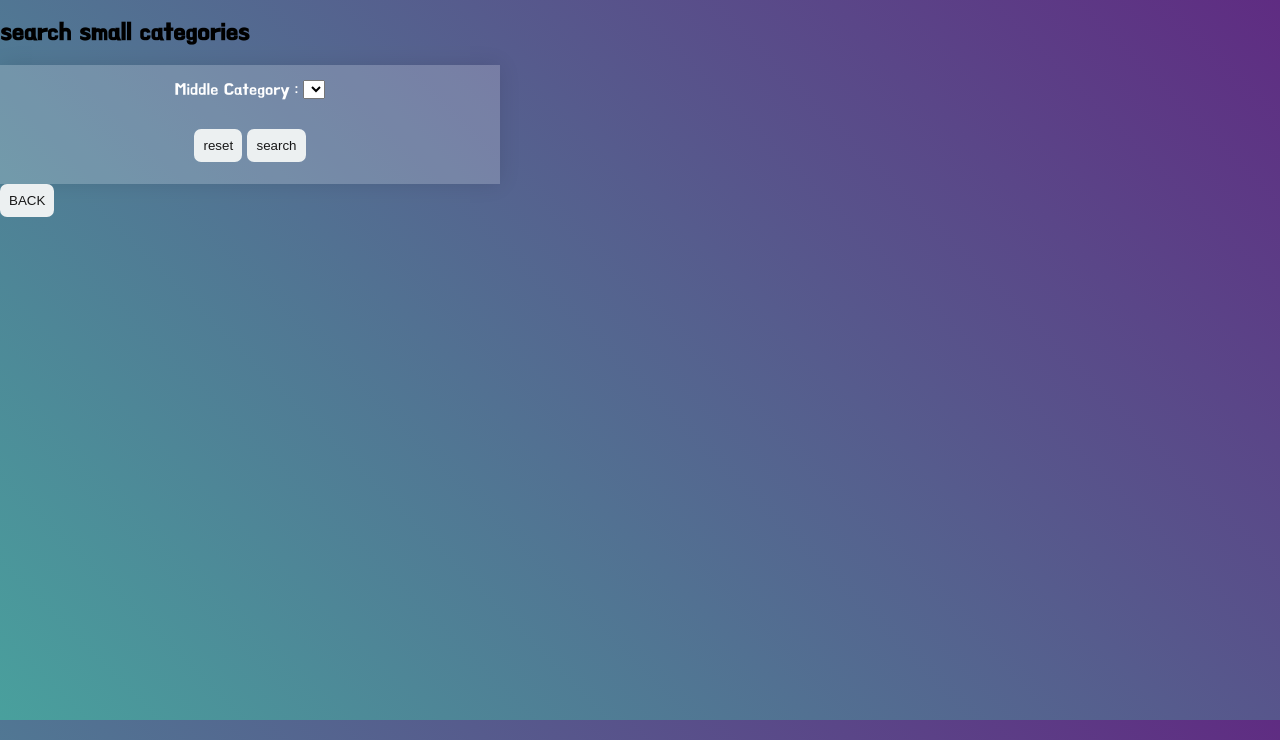
Repository: MIR013/KNU_DB_Project_Team5
Page: http://localhost/Databaase/search_category_small.jsp
These files come from the project's save history. The page is drawn as it stood at one moment and after the next save; the edit follows.
The browser window is 1280 px wide. The pictures show the whole page.
The page is served by Tomcat 9. Queries for data that is not in the repository find no rows.

Above is the page before, as saved 2018-11-22 11:22:05.

After the next save:
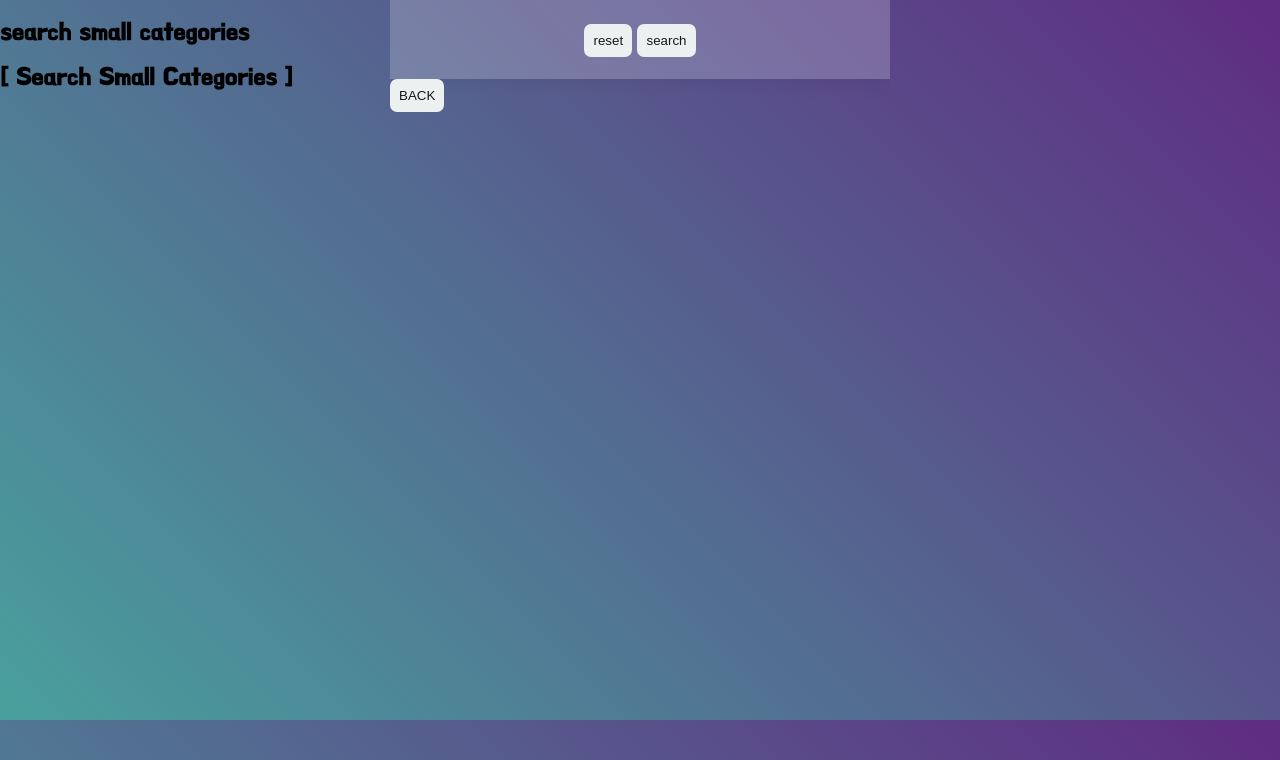
Saved 14 s later.
--- a/dbphase/Databaase/WebContent/search_category_small.jsp
+++ b/dbphase/Databaase/WebContent/search_category_small.jsp
@@ -34,10 +34,10 @@ conn.setAutoCommit(false);
 	String mcat = request.getParameter("MiddleCat");
 	query = "SELECT distinct Small_category FROM CATEGORY WHERE Large_category = '" +lcat+"' AND Middle_category = '"+ mcat + "'";
 	//out.print("<h2>"+query+"</h2>");
-
+	out.print("<tr><th><h2> [ Search Small Categories ]</h2></th></tr>");
 	pstmt = conn.prepareStatement(query);
 	rs = pstmt.executeQuery();
-	out.print("<form action = search_category_result.jsp method = 'POST'> <table>");
+	out.print("<form action = search_category_result.jsp method = 'POST'><div class=\"container\"> <table>");
 
 	//large check box
 	out.print("	<tr> <td>Middle Category : <select name=\"SmallCat\">");
